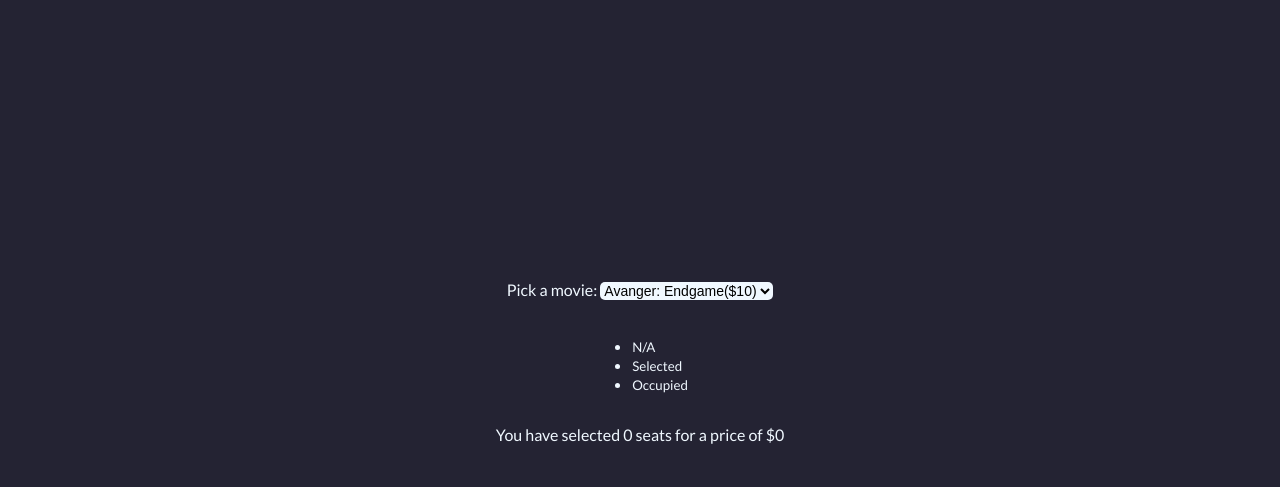
Repository: atko87/Movie-seat-Booking
Page: index.html
An editor plug-in stored every save of this project. The page is shown before and after the next save, followed by the edit.
The browser window is 1280 px wide. The pictures show the whole page.

Above is the page before, as saved 2020-03-08 13:50:01.

### index.html
<!DOCTYPE html>
<html lang="en">
  <head>
    <meta charset="UTF-8" />
    <meta name="viewport" content="width=device-width, initial-scale=1.0" />
    <link rel="stylesheet" href="style.css" />
    <title>Movie Seat Booking</title>
  </head>
  <body>
    <div class="movie-container">
      <label>Pick a movie:</label>
      <select id="movie">
        <option value="10">Avanger: Endgame($10)</option>
        <option value="12">Joker ($12)</option>
        <option value="8">Neretva($15)</option>
        <option value="9">Delfina ($20)</option>
      </select>
    </div>

    <ul class="showcase">
      <li>
        <div class="seat"></div>
        <small>N/A</small>
      </li>
      <li>
        <div class="seat selected"></div>
        <small>Selected</small>
      </li>
      <li>
        <div class="seat occupied"></div>
        <small>Occupied</small>
      </li>
    </ul>

    <div class="container">
      <div class="screen"></div>
      <div class="row">
        <div class="seat"></div>
        <div class="seat"></div>
        <div class="seat"></div>
        <div class="seat"></div>
        <div class="seat"></div>
        <div class="seat"></div>
        <div class="seat"></div>
        <div class="seat"></div>
      </div>
      <div class="row">
        <div class="seat"></div>
        <div class="seat"></div>
        <div class="seat"></div>
        <div class="seat occupied"></div>
        <div class="seat occupied"></div>
        <div class="seat"></div>
        <div class="seat"></div>
        <div class="seat"></div>
      </div>
      <div class="row">
        <div class="seat"></div>
        <div class="seat"></div>
        <div class="seat"></div>
        <div class="seat"></div>
        <div class="seat"></div>
        <div class="seat"></div>
        <div class="seat occupied"></div>
        <div class="seat occupied"></div>
      </div>
      <div class="row">
        <div class="seat"></div>
        <div class="seat"></div>
        <div class="seat"></div>
        <div class="seat"></div>
        <div class="seat"></div>
        <div class="seat"></div>
        <div class="seat"></div>
        <div class="seat"></div>
      </div>
      <div class="row">
        <div class="seat"></div>
        <div class="seat"></div>
        <div class="seat"></div>
        <div class="seat occupied"></div>
        <div class="seat occupied"></div>
        <div class="seat"></div>
        <div class="seat"></div>
        <div class="seat"></div>
      </div>
      <div class="row">
        <div class="seat"></div>
        <div class="seat"></div>
        <div class="seat"></div>
        <div class="seat"></div>
        <div class="seat"></div>
        <div class="seat"></div>
        <div class="seat occupied"></div>
        <div class="seat occupied"></div>
      </div>
    </div>
    <p class="text">
      You have selected <span id="count">0 </span>seats for a price of $<span
        id="total"
        >0</span
      >
    </p>
    <script src="script.js"></script>
  </body>
</html>

### style.css
@import url("https://fonts.googleapis.com/css?family=Lato&display=swap");

* {
  box-sizing: border-box;
}

body {
  background-color: #242333;
  color: aliceblue;
  display: flex;
  flex-direction: column;
  align-items: center;
  justify-content: center;
  height: 100vh;
  font-family: "Lato", sans-serif;
  margin: 0;
}

.movie-container {
  margin: 20px 0;
}

.movie-container select {
  background-color: aliceblue;
  border: 0;
  border-radius: 5px;
  font-size: 14px;
}

Loaded but not shown: script.js (no copy from this time; the picture is the same without it)

After the next save:
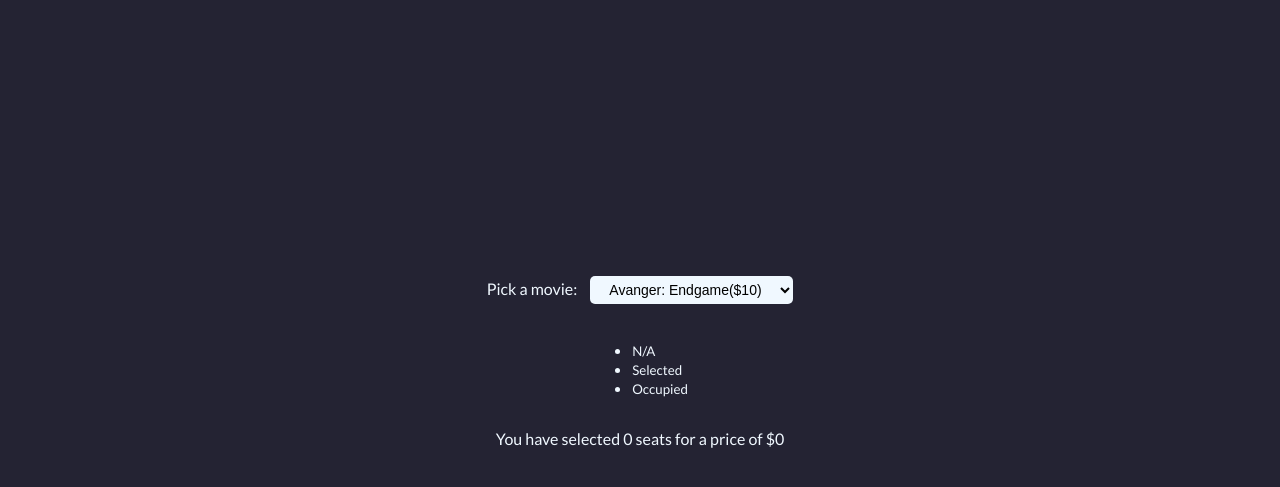
Saved 22 s later.
--- a/style.css
+++ b/style.css
@@ -25,4 +25,6 @@
   border: 0;
   border-radius: 5px;
   font-size: 14px;
+  margin-left: 10px;
+  padding: 5px 15px 5px 15px;
 }
